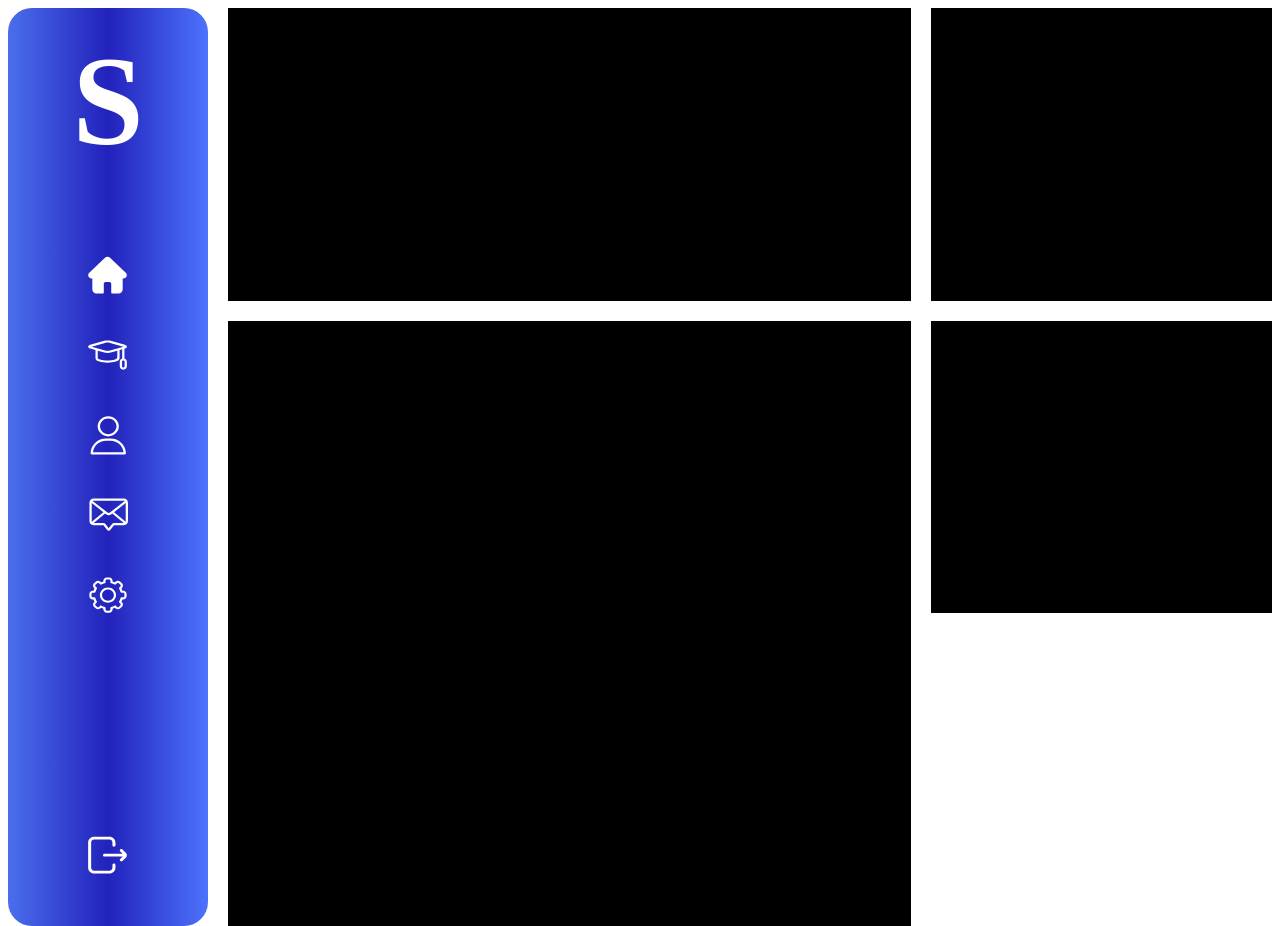
Repository: rafalzacher1/smartify-interface
Page: home.html
An editor plug-in stored every save of this project. The page is shown before and after the next save, followed by the edit.
The browser window is 1280 px wide. The pictures show the whole page.
Some web fonts or font styles are not loaded; a fallback is used.

Above is the page before, as saved 2022-06-30 03:25:23.

After the next save:
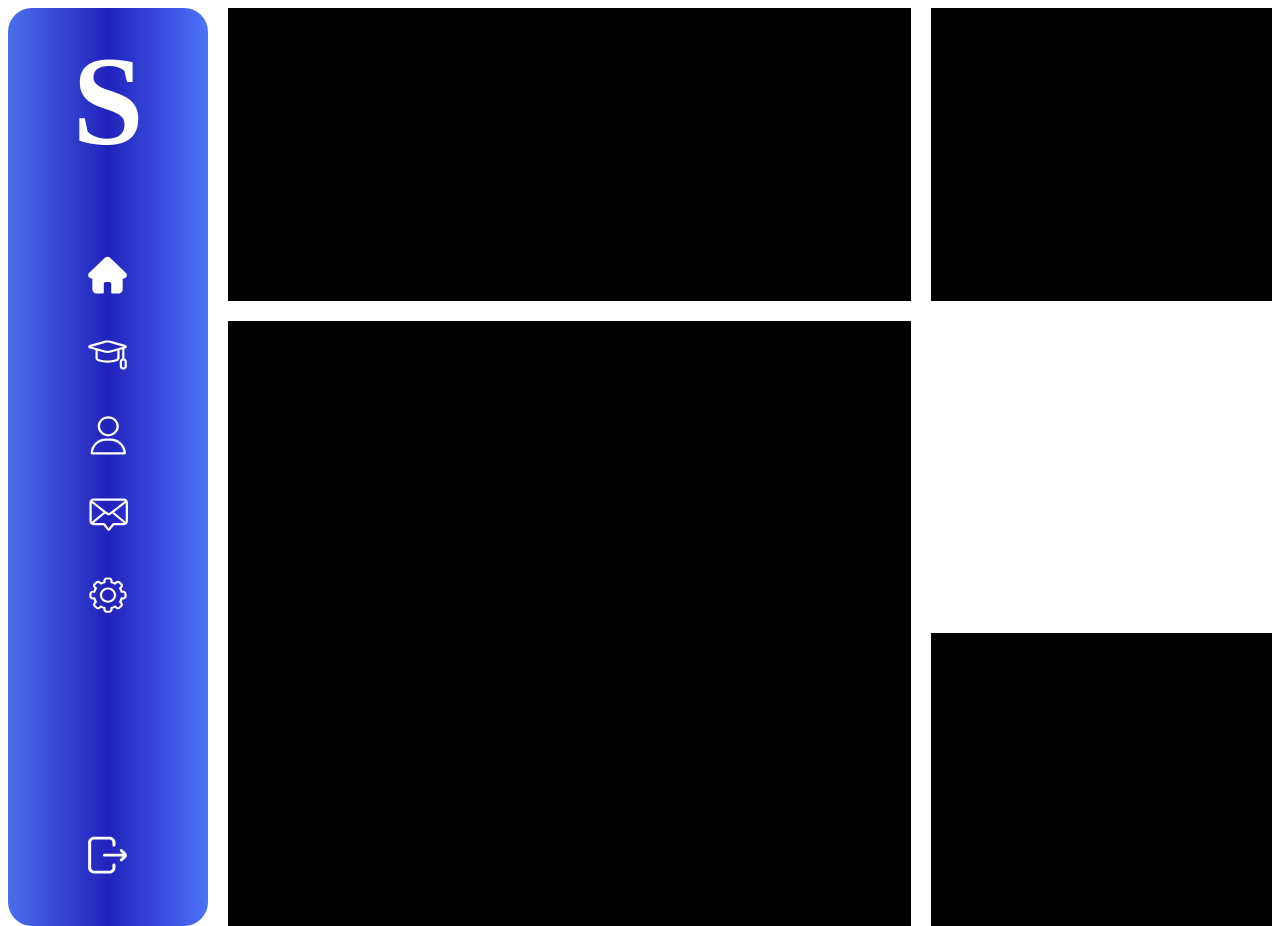
Saved 16 s later.
--- a/styles/stats.css
+++ b/styles/stats.css
@@ -1,5 +1,5 @@
 #stats-container {
     grid-column: 3;
-    grid-row: 2 / 3;
+    grid-row: 3;
     background-color: black;
 }

After the save that followed:
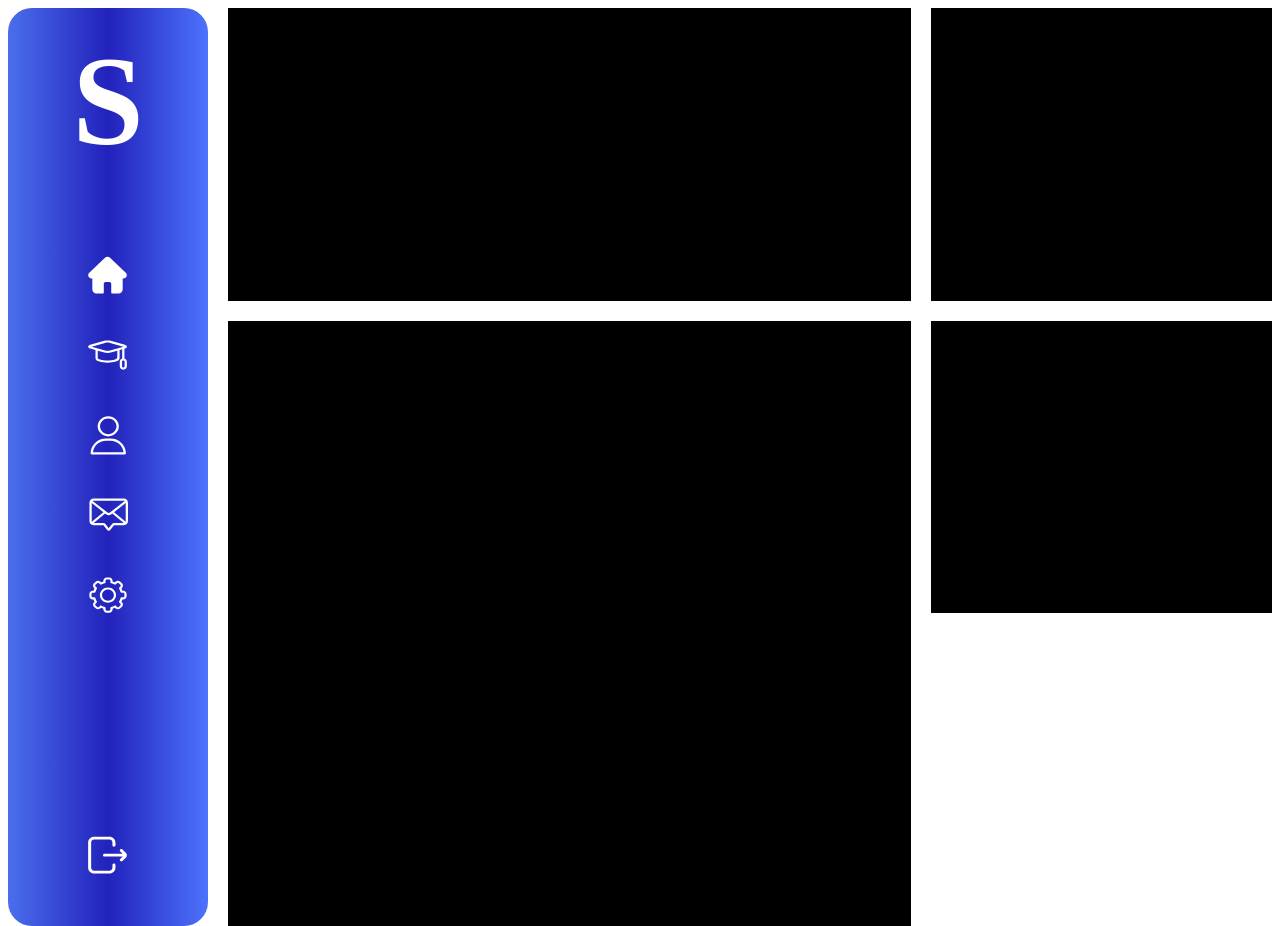
Saved 6 s later.
--- a/styles/stats.css
+++ b/styles/stats.css
@@ -1,5 +1,5 @@
 #stats-container {
     grid-column: 3;
-    grid-row: 3;
+    grid-row: 2 / 3;
     background-color: black;
 }
